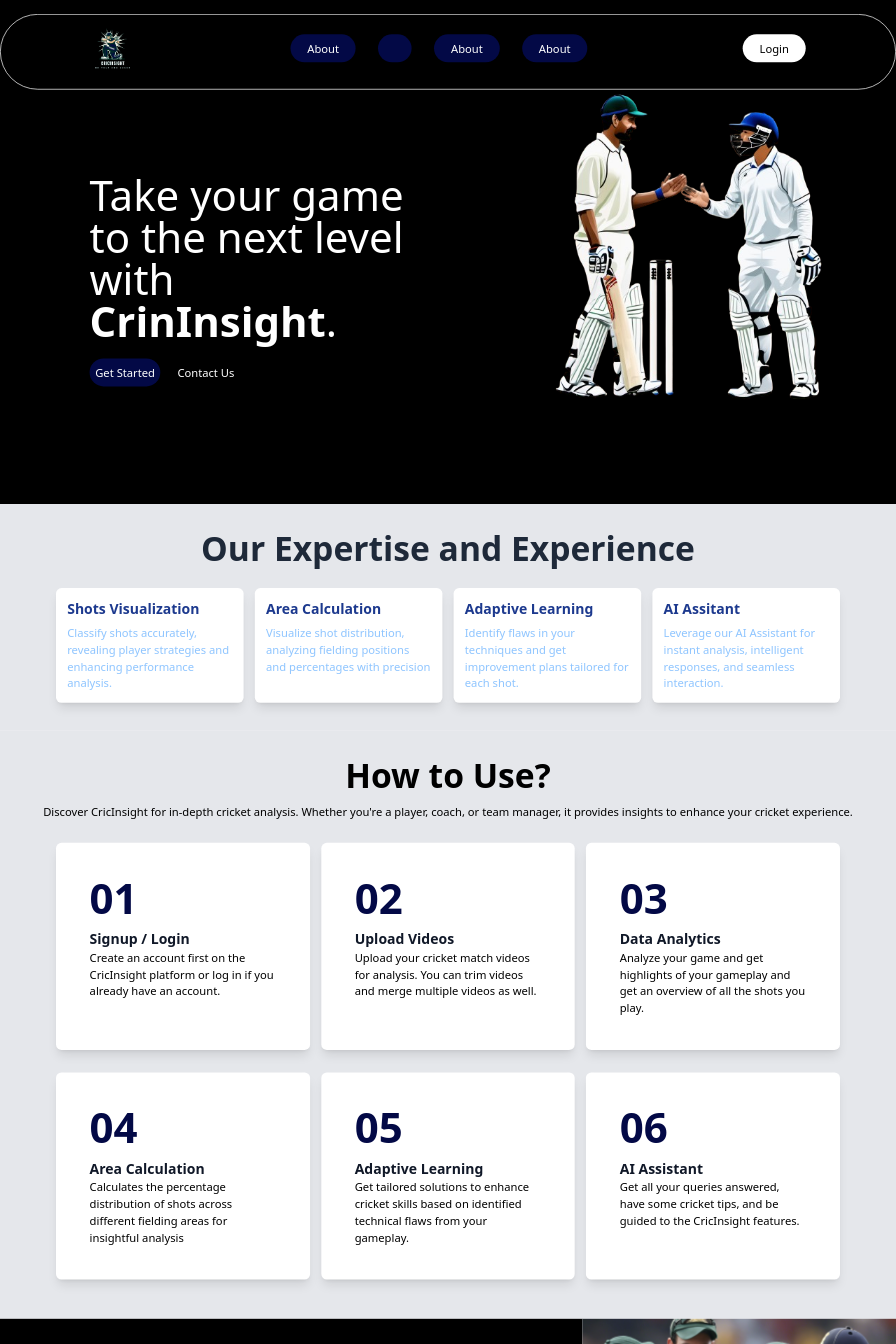
Repository: ahsanfawadaf/cricket
Page: /
These files come from the project's save history. The page is drawn as it stood at one moment and after the next save; the edit follows.
The browser window is 1280 px wide. The pictures show the part of the page from y = 0 to 1920 px (the page is 4008 px tall), at 70% of full size.
The project was rebuilt for these pictures with package versions that can differ from the ones it lists, and the page was loaded fresh each time. Also part of the build but not shown: vite.config.js.

Above is the page before, as saved 2025-09-22 08:39:07.

After the next save:
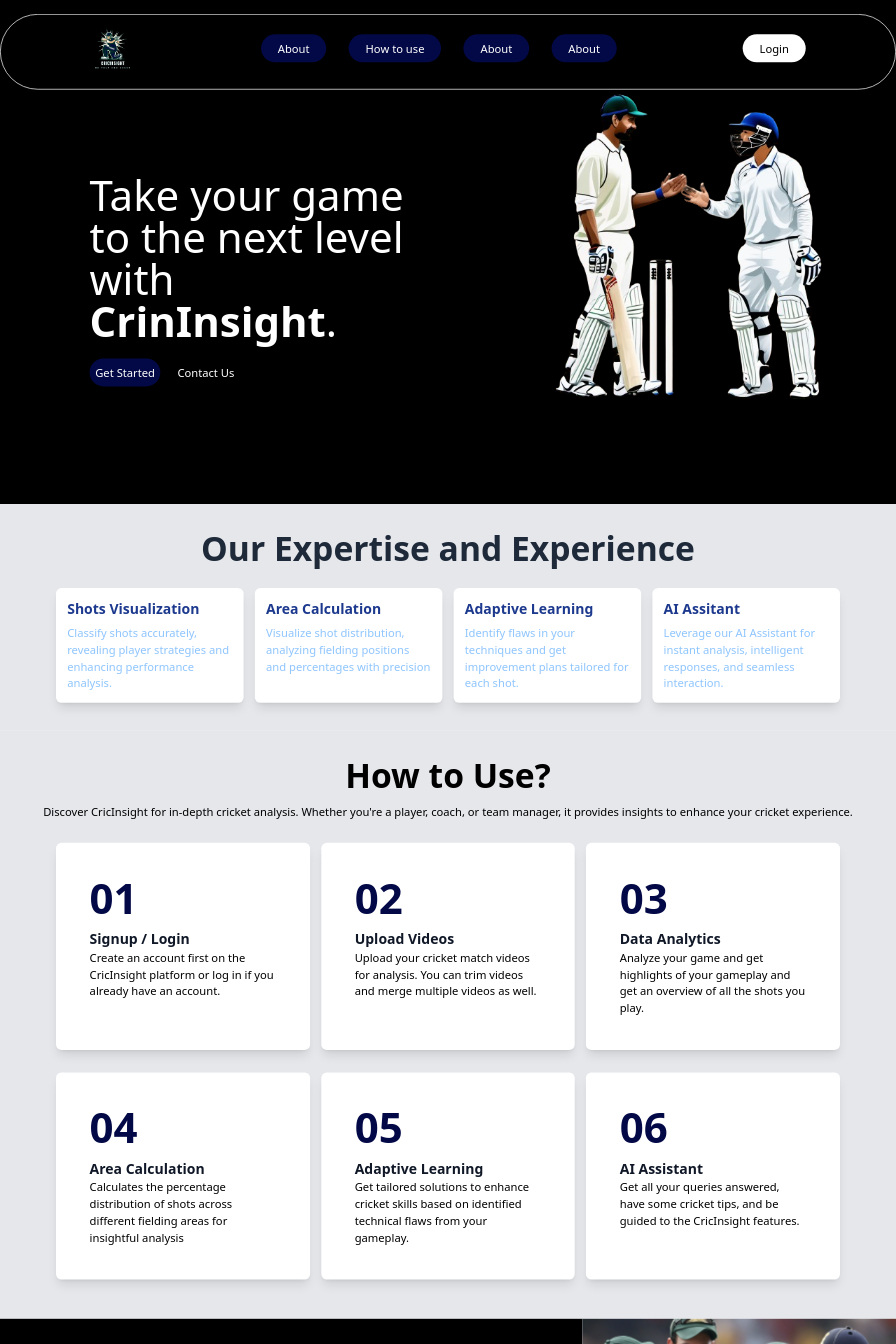
Saved 5 s later.
--- a/src/components/Navbar.jsx
+++ b/src/components/Navbar.jsx
@@ -15,7 +15,7 @@
          <ul className='hidden md:flex gap-8 text-white '>
 
               <a href="#Experience" className='rounded-full px-6 py-2 bg-[#030946] text-white'>About</a>
-              <a href="/about" className='rounded-full px-6 py-2 bg-[#030946] text-white'></a>
+              <a href="/about" className='rounded-full px-6 py-2 bg-[#030946] text-white'>How to use</a>
               <a href="/about" className='rounded-full px-6 py-2 bg-[#030946] text-white'>About</a>
               <a href="/about" className='rounded-full px-6 py-2 bg-[#030946] text-white'>About</a>
 
